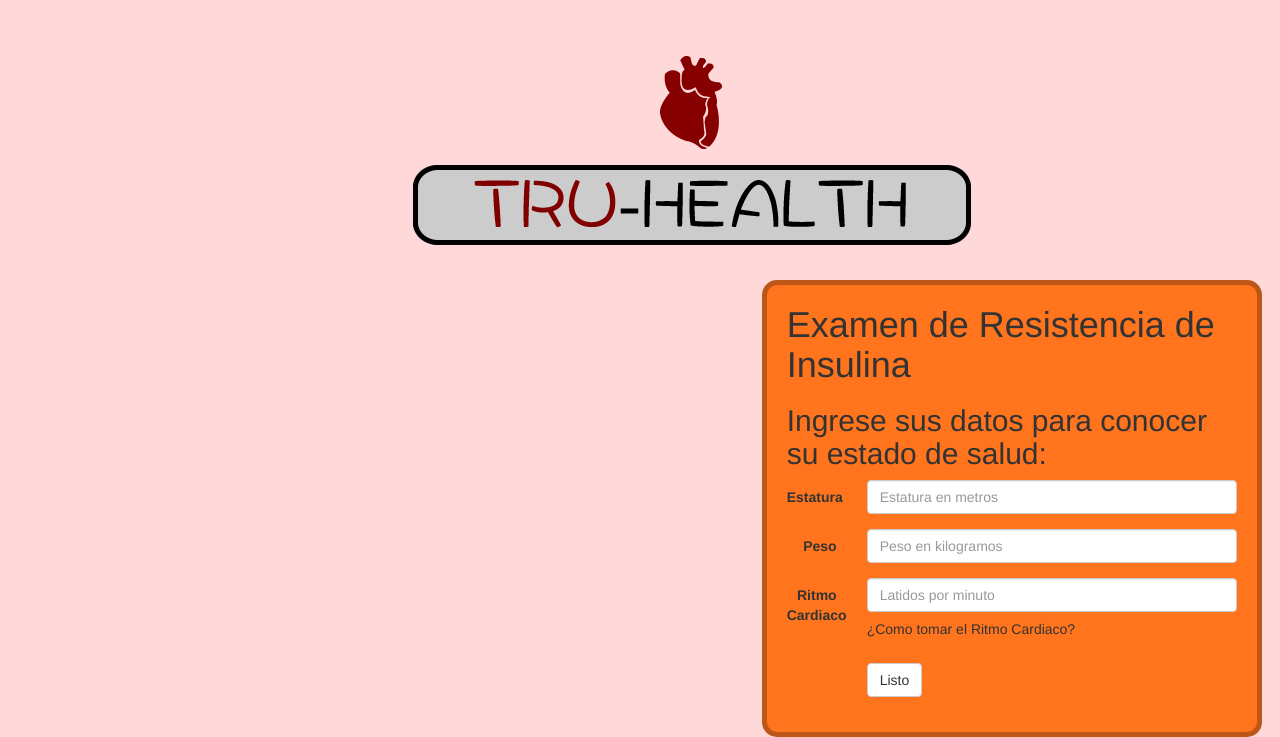
Repository: GabrielAvilesR/GabrielAvilesR.github.io
Page: Tru-Health/Tru-Health/index.html
The author's editor kept a copy of each file at every save. The page is drawn from the files as they stood at one save, then again after the next save.
The browser window is 1280 px wide. The pictures show the whole page.
Some web fonts or font styles are not loaded; a fallback is used. Some web libraries are served in a nearby version.

Above is the page before, as saved 2014-04-05 21:08:11.

After the next save:
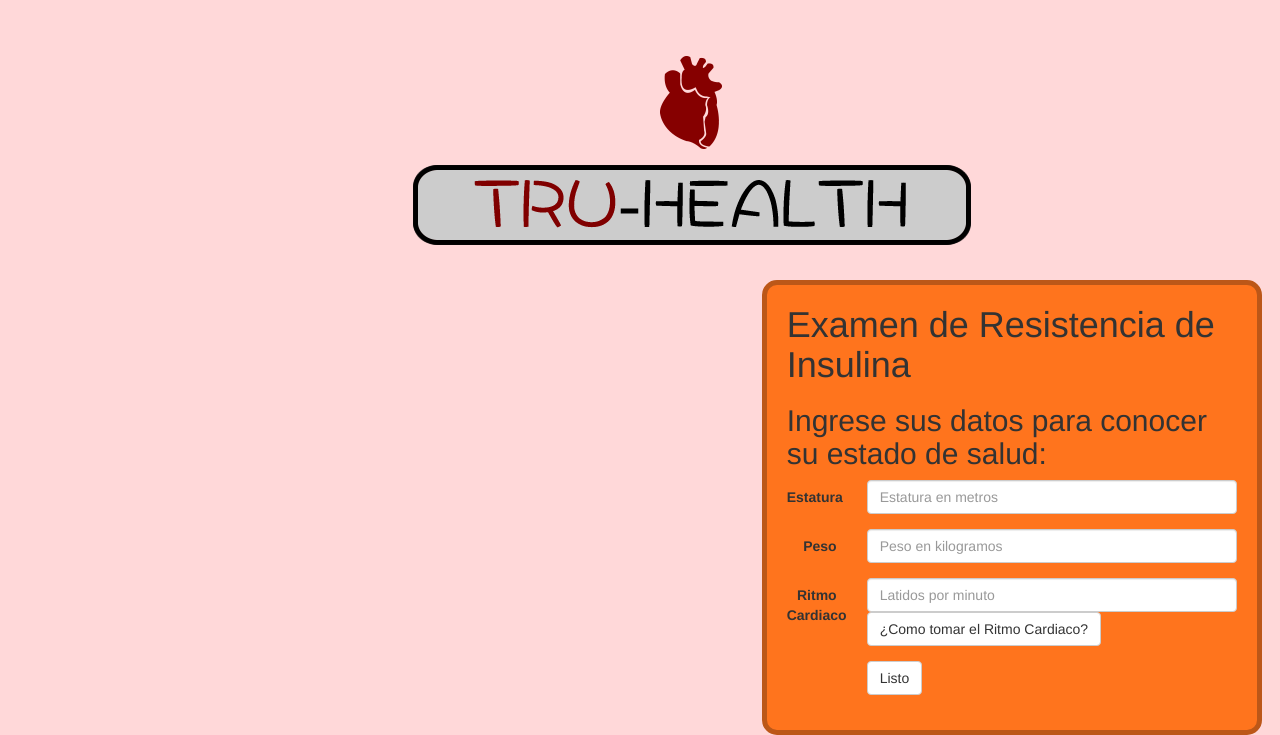
Saved 6 min 37 s later.
--- a/Tru-Health/Tru-Health/index.html
+++ b/Tru-Health/Tru-Health/index.html
@@ -49,7 +49,7 @@
     <label for="RitmoCardiaco" class="col-sm-2 control-label">Ritmo Cardiaco</label>
     <div class="col-sm-10">
       <input type="number" class="form-control" id="Weight" placeholder="Latidos por minuto">
-      <h5 data-container="body" data-toggle="popover" data-placement="top" data-content="Yolo Swag">¿Como tomar el Ritmo Cardiaco?</h5>
+      <button type="button" class="btn btn-default" data-container="body" data-toggle="popover" data-placement="left" data-content="Yolo Swag"> ¿Como tomar el Ritmo Cardiaco?</button>
     </div>
   </div>
   <div class="form-group">
